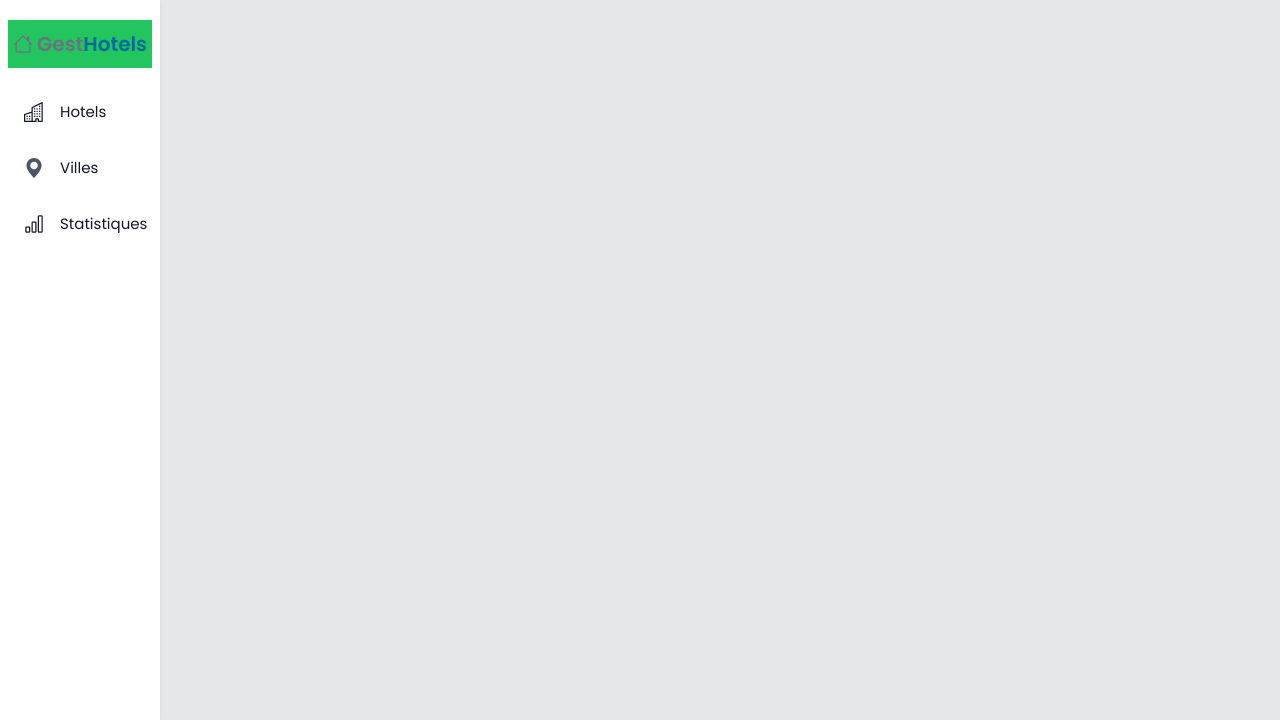
Repository: yahyamourid/GestHotelsEJB
Page: http://localhost/ISICEJBWeb/sidBar.jsp
These files come from the project's save history. The page is drawn as it stood at one moment and after the next save; the edit follows.
The browser window is 1280 px wide. The pictures show the whole page.
Some web libraries are served in a nearby version. The page is served by Tomcat 10. Nobody is signed in. The application's start-up code is not run.

Above is the page before, as saved 2023-12-01 16:00:19.
Console error: TypeError: Cannot read properties of null (reading 'classList')

After the next save:
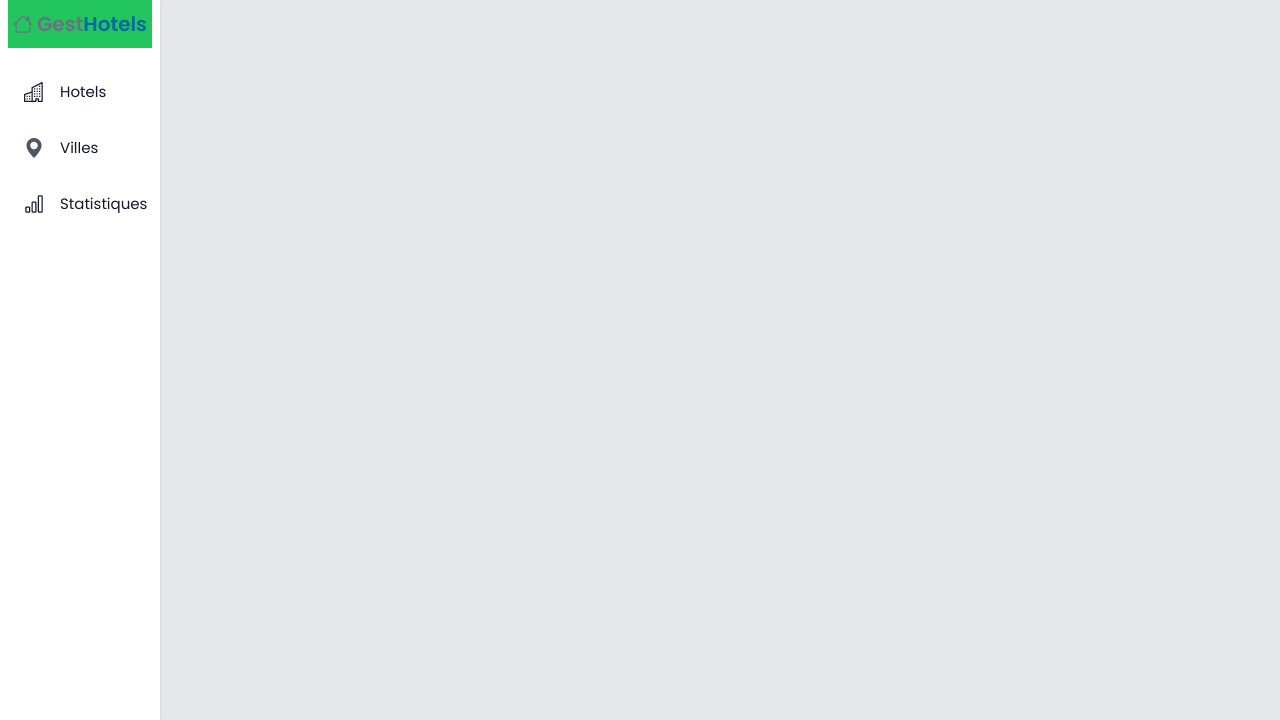
Saved 19 s later.
--- a/ISICEJBWeb/src/main/webapp/sidBar.jsp
+++ b/ISICEJBWeb/src/main/webapp/sidBar.jsp
@@ -34,7 +34,7 @@
 %>
 
         <div class="sidebar  fixed top-0 bottom-0 lg:left-0 left-[-300px] duration-1000
-             px-2 pt-5 w-[160px] overflow-y-auto text-center  bg-white shadow h-screen">
+             px-2  w-[160px] overflow-y-auto text-center  bg-white shadow h-screen">
 
 
             <div class=" text-xl">
